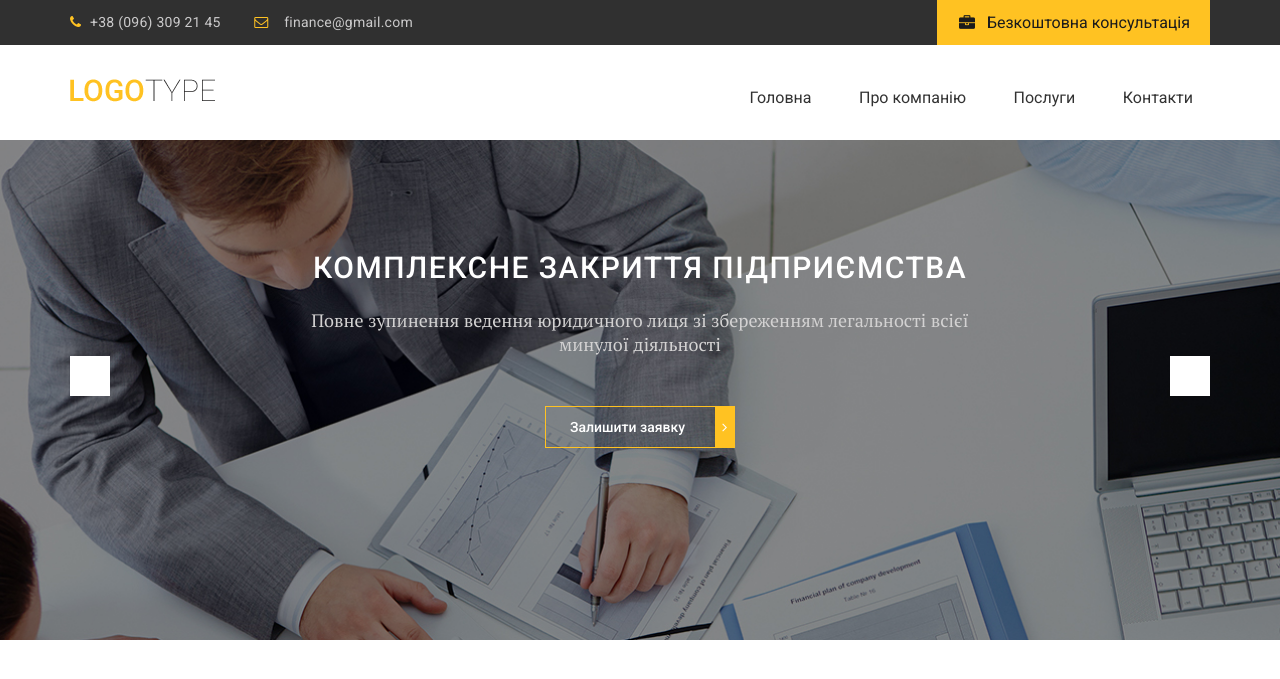
Repository: oliachipko/companysait
Page: index.html
These files come from the project's save history. The page is drawn as it stood at one moment and after the next save; the edit follows.
The browser window is 1280 px wide. The pictures show the whole page.

Above is the page before, as saved 2020-11-17 21:11:46.

After the next save:
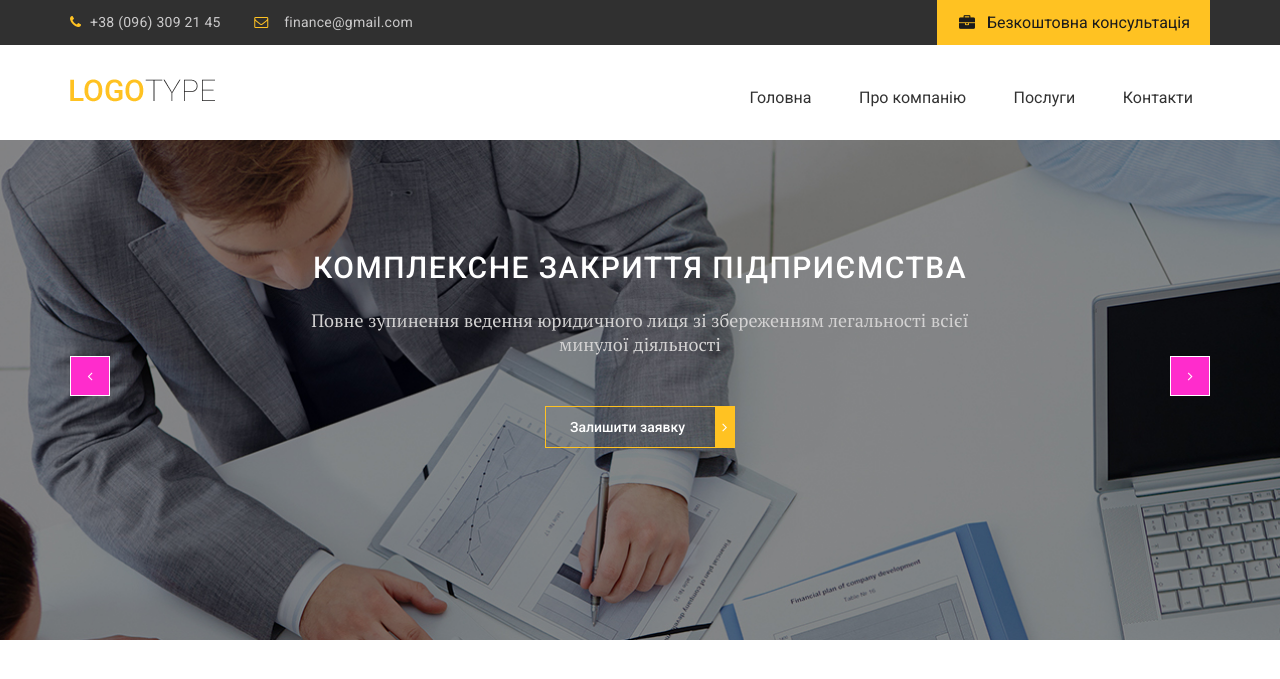
Saved 9 s later.
--- a/css/style.css
+++ b/css/style.css
@@ -176,7 +176,7 @@ header {
     background-color: transparent;
     cursor: pointer;
     outline: none;
-    background-color: #fff;
+    background-color: #ff2ccc;
 }
 .slick-btn .slick-disabled {
 
